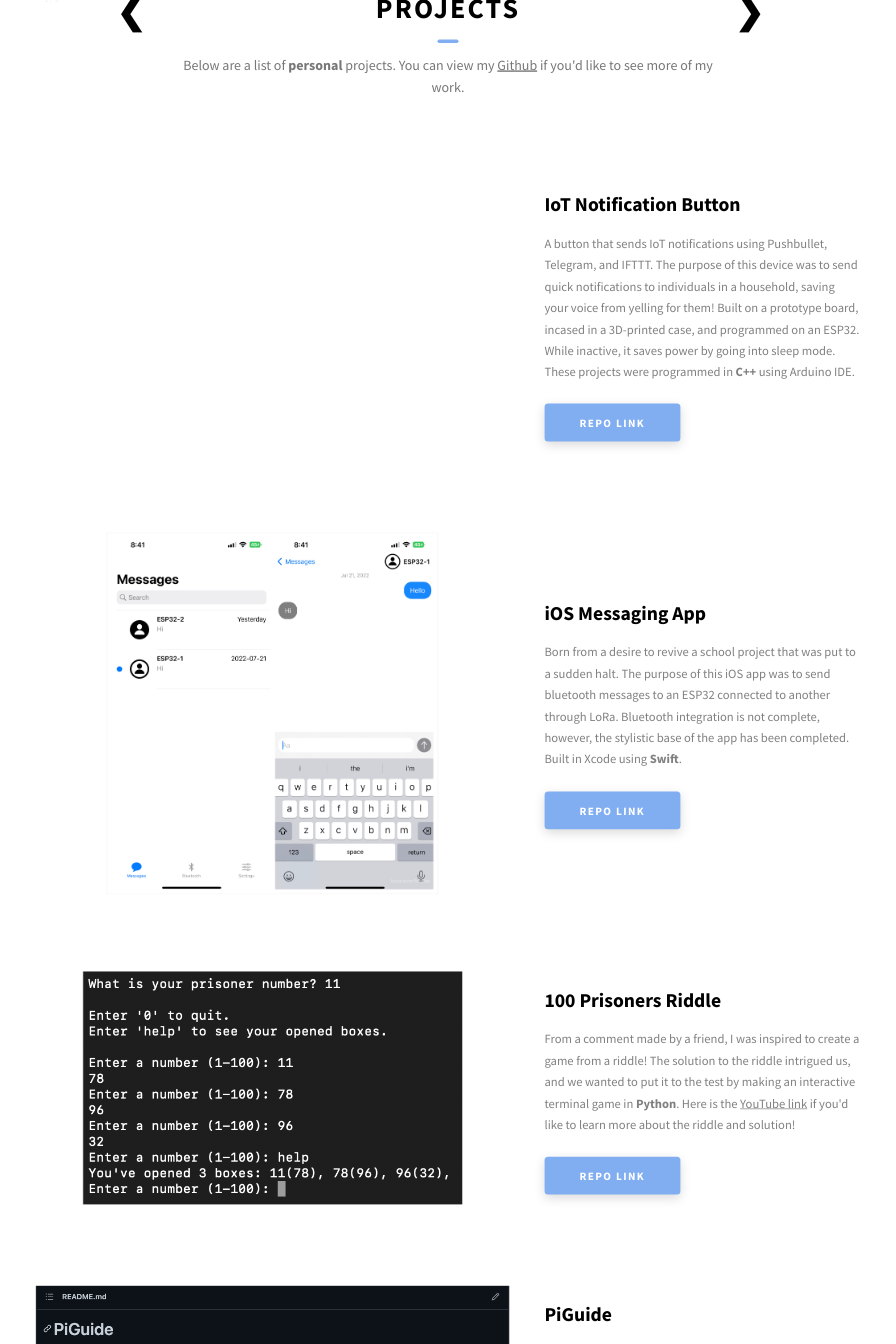
Repository: justinknguyen/Personal-Portfolio
Page: index.html
An editor plug-in stored every save of this project. The page is shown before and after the next save, followed by the edit.
The browser window is 1280 px wide. The pictures show the part of the page from y = 2042 to 3962 px (the page is 6073 px tall before and 6479 px after), at 70% of full size.
The style sheet was rebuilt from its Sass, Less or Tailwind sources for each picture, by a compiler version that may differ from the author's.

Above is the page before, as saved 2022-09-09 21:24:49.

After the next save:
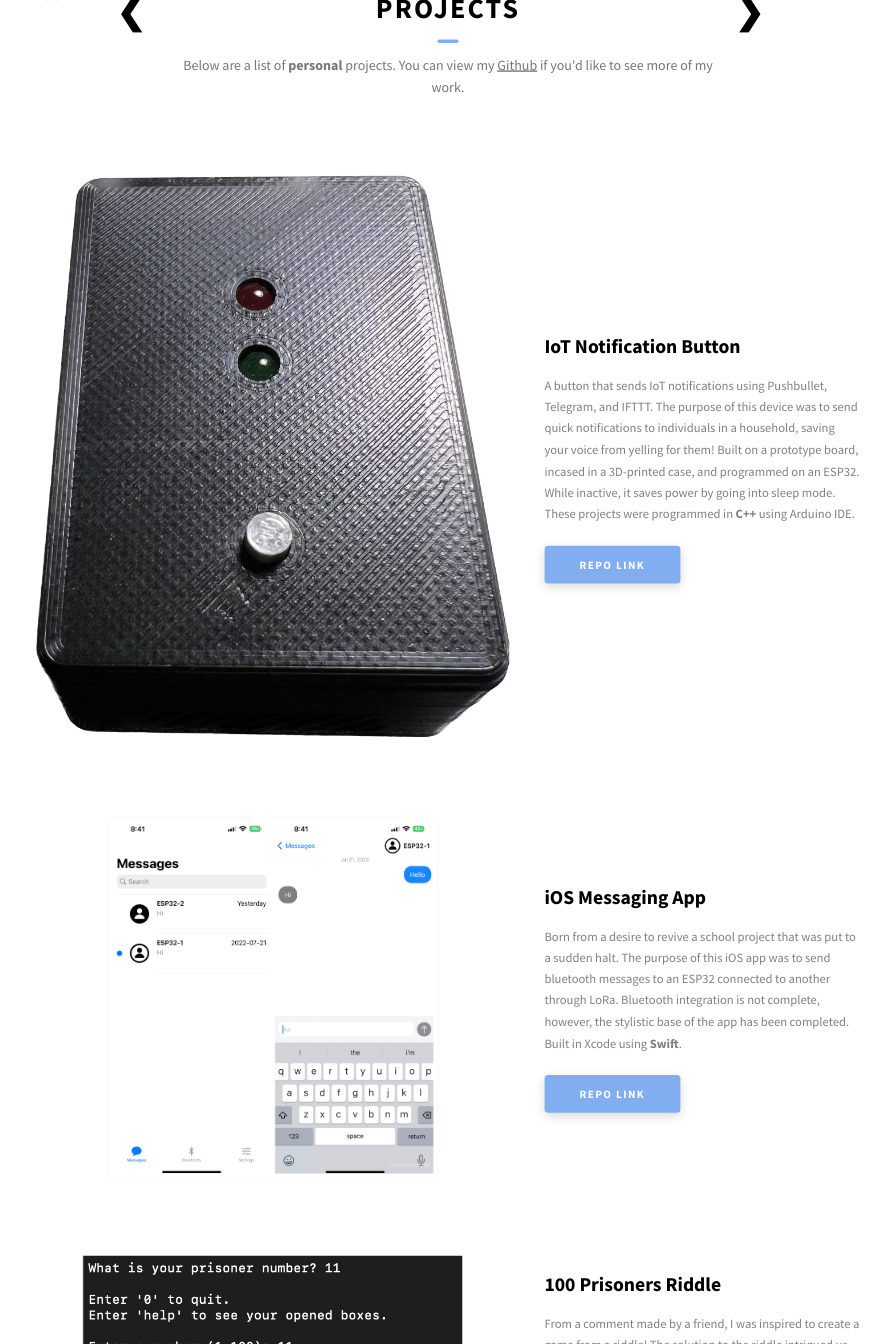
Saved 11 min 53 s later.
--- a/index.html
+++ b/index.html
@@ -233,12 +233,13 @@
             <div class="projects__content">
               <div class="projects__row">
                 <div class="projects__row-img-cont">
-                  <!-- <img
-                    src="./assets/jpeg/project-mockup-example.jpeg"
-                    alt="Software Screenshot"
-                    class="projects__row-img"
-                    loading="lazy"
-                  /> -->
+                  <img
+                    src="./assets/png/iot-1.png"
+                    alt="Software Screenshot"
+                    class="projects__row-img"
+                    loading="lazy"
+                    style="width: 100%; position: relative; left: 50%; transform: translateX(-50%);"
+                  />
                 </div>
                 <div class="projects__row-content">
                   <h3 class="projects__row-content-title">IoT Notification Button</h3>
